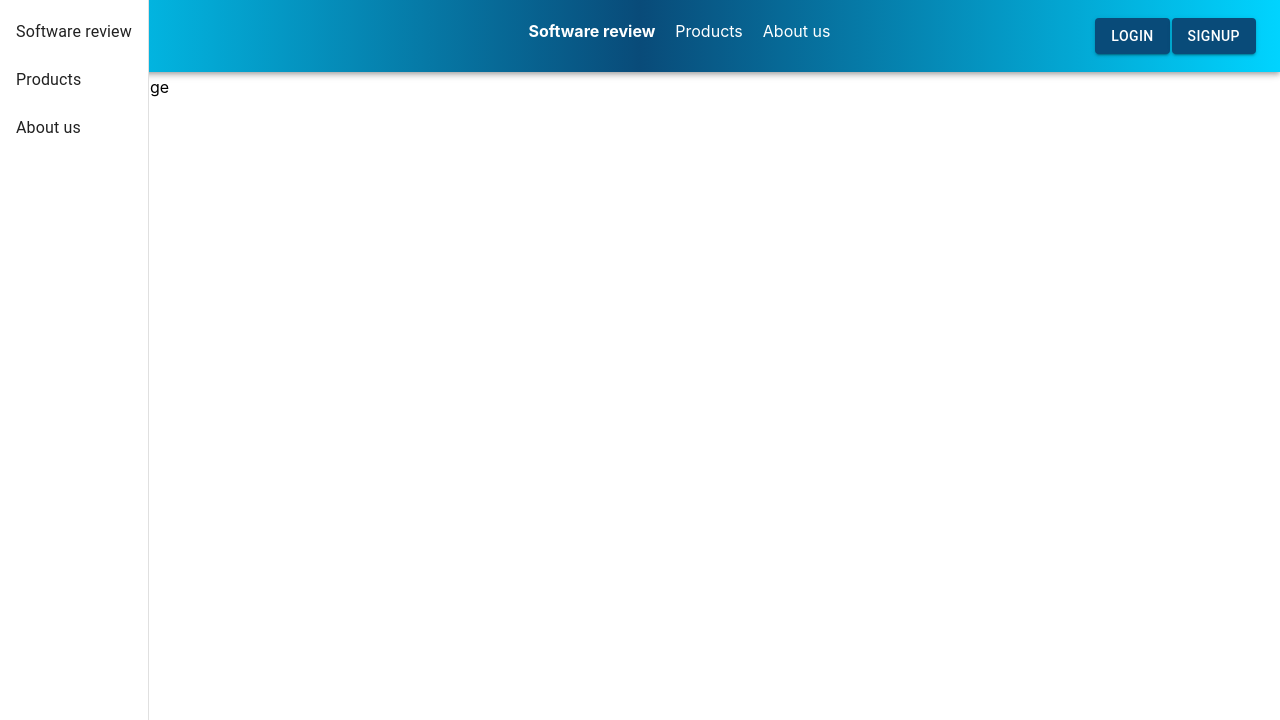
Repository: Alaa-M1/phoenix-products-reactjs-mui
Page: /
The author's editor kept a copy of each file at every save. The page is drawn from the files as they stood at one save, then again after a run of saves.
The browser window is 1280 px wide. The pictures show the whole page.
The project was rebuilt for these pictures with package versions that can differ from the ones it lists, and the page was loaded fresh each time. Also part of the build but not shown: src/App.css, src/pages/Products/index.tsx, src/pages/AboutUs/index.tsx.

Above is the page before, as saved 2023-04-18 18:37:03.

### src/App.tsx
import React from "react";
import "./App.css";
import { Routes, Route } from "react-router-dom";
import SoftwareReview from "pages/SoftwareReview";
import Products from "pages/Products";
import AboutUs from "pages/AboutUs";
import AppLayout from "pages/AppLayout";
import { linksDetails } from "shared";

function App() {
  return (
    <Routes>
      <Route path="/" element={<AppLayout links={linksDetails} />}>
        <Route index element={<SoftwareReview />}></Route>
        <Route path="/products" element={<Products />}></Route>
        <Route path="/about-us" element={<AboutUs />}></Route>
      </Route>
    </Routes>
  );
}

export default App;

### src/pages/SoftwareReview/index.tsx
const SoftwareReview = () => {
  return <div>Software Review page</div>;
};

export default SoftwareReview;

### src/pages/AppLayout/index.tsx
import React from "react";
import { AppBar, Toolbar, Grid, Typography, Button, Box } from "@mui/material";
import AppShortcutIcon from "@mui/icons-material/AppShortcut";
import { Outlet, useLocation } from "react-router-dom";
import { StyledLink, StyledNav, linksDetails } from "shared";
import { AppLayoutProps } from "./types";
import CustomDrawer from "./components/CustomDrawer";

const AppLayout = ({ links }: AppLayoutProps) => {
  const { pathname } = useLocation();
  return (
    <>
      <AppBar
        sx={{
          position: "relative",
          backgroundImage:
            "linear-gradient(90deg,rgba(0, 212, 255, 1) 0%,rgba(9, 75, 121, 1) 50%,rgba(0, 212, 255, 1) 100%)",
          marginBottom: "5px",
        }}
      >
        <Toolbar>
          <Grid container style={{ placeItems: "center" }}>
            <Grid item xs={2}>
              <Typography>
                <AppShortcutIcon />
              </Typography>
            </Grid>
            <Grid item xs={6}>
              <StyledNav>
                <ul>
                  {links.map((link, index) => (
                    <li key={index}>
                      <StyledLink
                        to={link.path}
                        isActive={pathname === link.path}
                      >
                        {link.label}
                      </StyledLink>
                    </li>
                  ))}
                </ul>
              </StyledNav>
            </Grid>
            <Grid item xs={1} />
            <Grid item xs={3}>
              <Box sx={{ display: "flex" }}>
                <Button
                  sx={{
                    marginLeft: "auto",
                    backgroundColor: "rgba(9,75,121,1)",
                  }}
                  variant="contained"
                >
                  Login
                </Button>
                <Button
                  sx={{
                    marginLeft: "2px",
                    backgroundColor: "rgba(9,75,121,1)",
                  }}
                  variant="contained"
                >
                  Signup
                </Button>
              </Box>
            </Grid>
          </Grid>
          <CustomDrawer links={linksDetails}/>
        </Toolbar>
      </AppBar>
      <main>
        <Outlet />
      </main>
    </>
  );
};

export default AppLayout;

### src/shared/index.ts
export * from './StyledNav';
export * from './StyledLink';
export * from './linksDetails';

### src/pages/AppLayout/components/CustomDrawer.tsx
import { useState } from "react";
import { CustomDrawerProps } from "../types";
import Drawer from '@mui/material/Drawer';
import {List,ListItemButton,ListItemIcon,ListItemText} from '@mui/material'

const CustomDrawer=({links}: CustomDrawerProps)=>{
    const[open,setOpen]=useState(false)
    return <>
    <Drawer open={open} variant="permanent" anchor="left" onClick={()=>setOpen(false)}>

      <List>
              {links.map((link, index) => (
                <ListItemButton key={index}>
                  {/* <ListItemIcon>
                    <ReviewsIcon></ReviewsIcon>
                  </ListItemIcon> */}
                  <ListItemText>{link.label}</ListItemText>
                </ListItemButton>
              ))}
            </List>
    </Drawer>
    </>

}

export default CustomDrawer;

### src/shared/StyledNav.tsx
import styled from "styled-components";

const StyledNav = styled.nav`
padding: 5px;
display: flex;
margin-bottom: 10px;
ul {
  display: inline-block;
  width: auto;
  margin-left: auto;
}
li {
  margin-left: auto;
  display: inline-block;
  margin: 0px 10px;
  list-style: none;
}
`;

export {StyledNav}

### src/shared/StyledLink.tsx
import { Link, LinkProps } from "react-router-dom";
import styled from "styled-components";

type LinkComponentProps = LinkProps &
  React.RefAttributes<HTMLAnchorElement> & {
    isActive: boolean;
  };
const LinkComponent = (props: LinkComponentProps) => {
  return <Link {...props}></Link>;
};
const StyledLink = styled(LinkComponent)`
  font-weight: ${(p) => (p.isActive ? "bold" : "normal")};
  color:#fff;
  text-decoration: none;
  a {
    text-decoration: none;
  }
`;

export { StyledLink };

### src/shared/linksDetails.ts
import { LinkInfo } from "types";

export const linksDetails: Array<LinkInfo> = [
    { label: "Software review", path: "/" },
    { label: "Products", path: "/products" },
    { label: "About us", path: "/about-us" },
  ];

Loaded but not shown: public/index.html (common file); src/index.tsx (common file); src/index.css (common file); src/reportWebVitals.ts (common file)

After the next 2 saves:
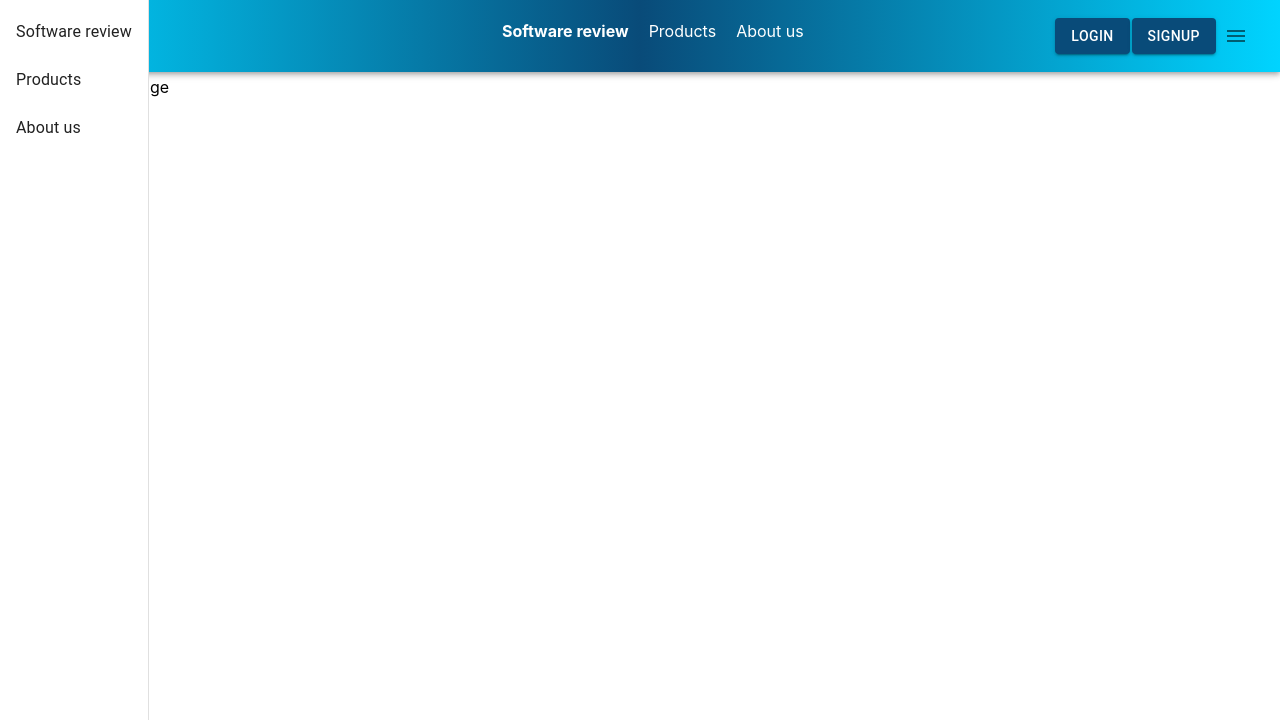
The 2 saves are shown as one change because 1 did not build or start.
The last was saved 3 min 23 s later.
--- a/src/pages/AppLayout/components/CustomDrawer.tsx
+++ b/src/pages/AppLayout/components/CustomDrawer.tsx
@@ -1,8 +1,9 @@
-import { useState } from "react";
+
 import { CustomDrawerProps } from "../types";
 import Drawer from '@mui/material/Drawer';
-import {List,ListItemButton,ListItemIcon,ListItemText} from '@mui/material'
-
+import {List,ListItemButton,ListItemIcon,ListItemText, IconButton} from '@mui/material'
+import { useState } from "react";
+import MenuOutlinedIcon from '@mui/icons-material/MenuOutlined';
 const CustomDrawer=({links}: CustomDrawerProps)=>{
     const[open,setOpen]=useState(false)
     return <>
@@ -19,6 +20,9 @@ const CustomDrawer=({links}: CustomDrawerProps)=>{
               ))}
             </List>
     </Drawer>
+    <IconButton aria-label="" onClick={()=> setOpen(true)}>
+      <MenuOutlinedIcon></MenuOutlinedIcon>
+    </IconButton>
     </>
 
 }
